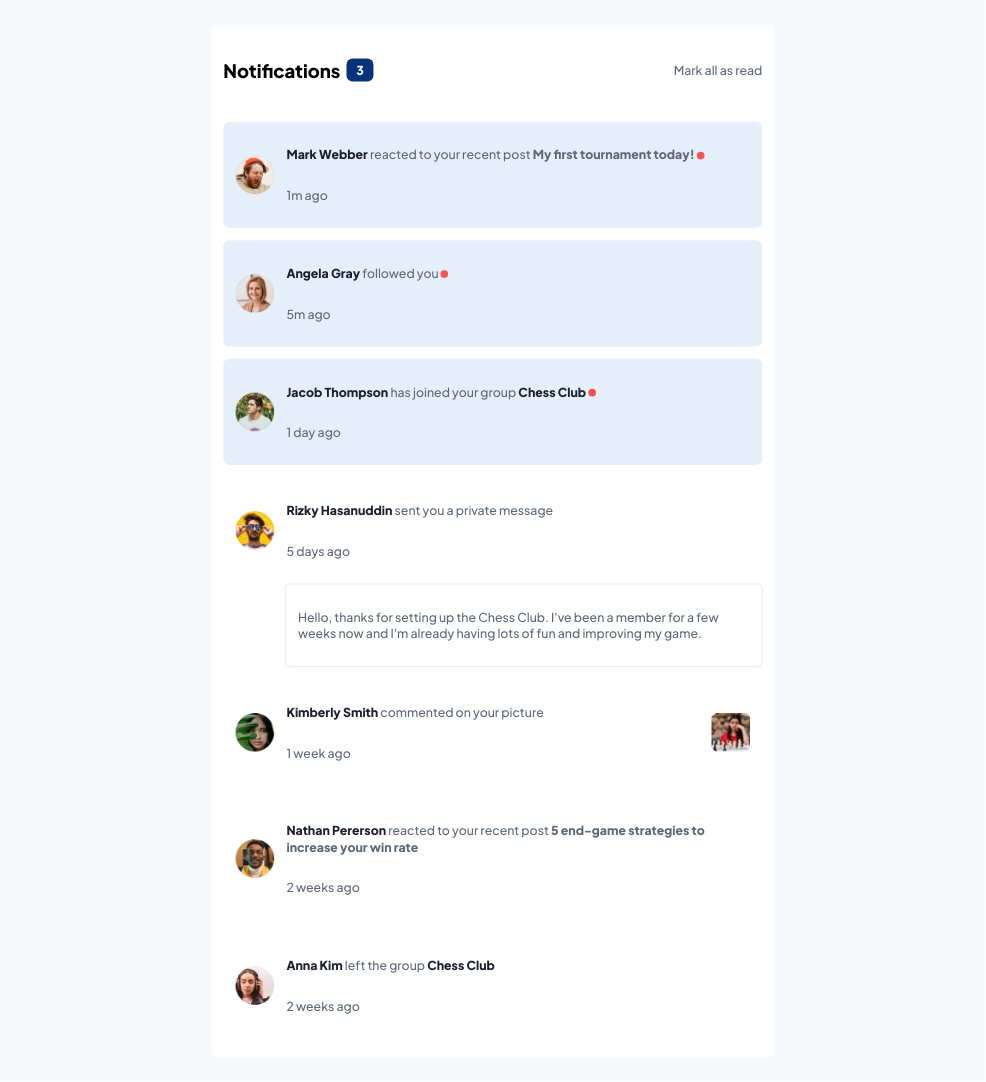
Repository: yerk00/Practicando-python
Page: Notifications-page-main/index.html
These files come from the project's save history. The page is drawn as it stood at one moment and after the next save; the edit follows.
The browser window is 1280 px wide. The pictures show the whole page, at 77% of full size.

Above is the page before, as saved 2023-04-13 20:41:52.

After the next save:
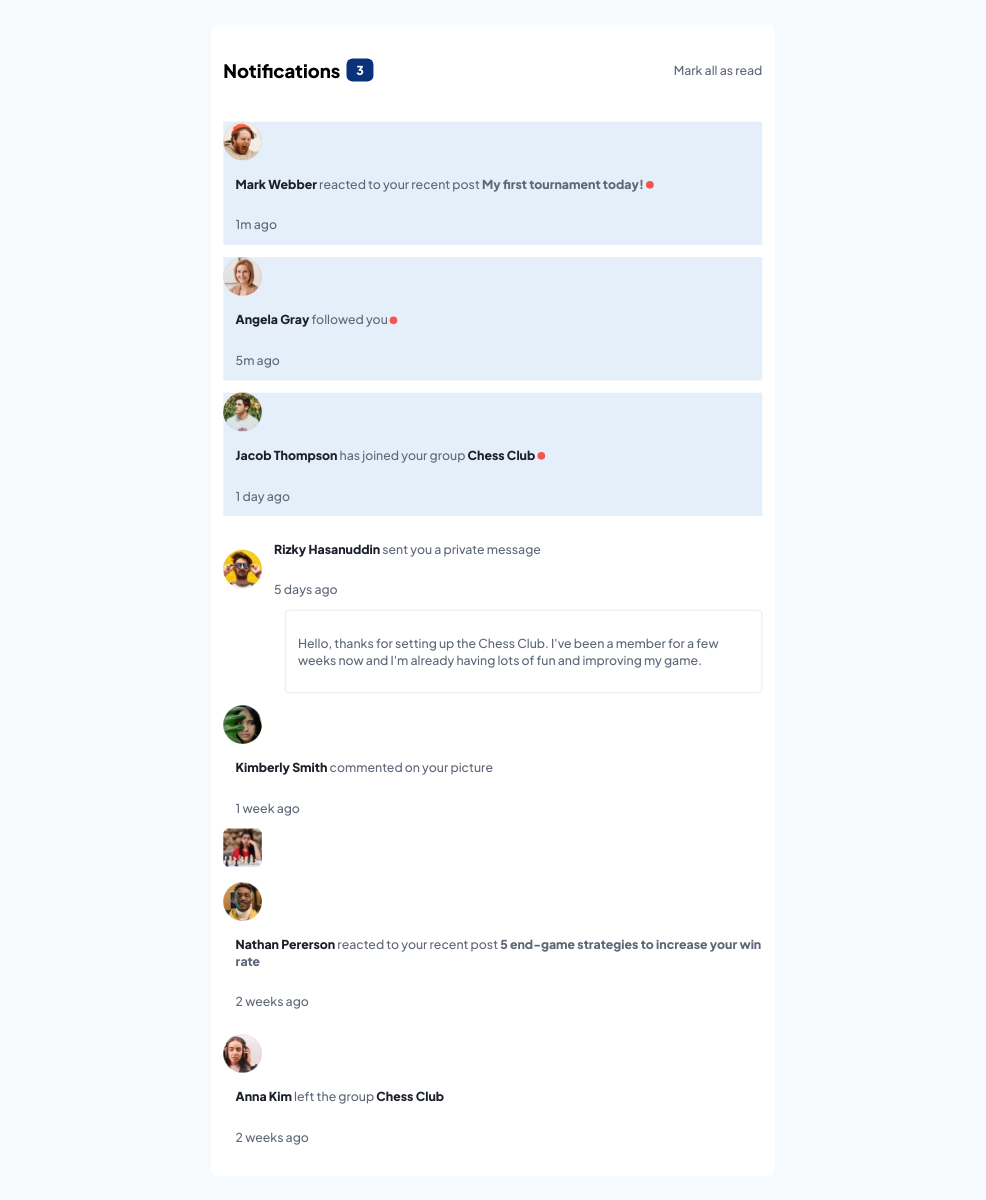
Saved 31 s later.
--- a/Notifications-page-main/style.css
+++ b/Notifications-page-main/style.css
@@ -69,7 +69,7 @@ main {
   flex-direction: column;
   gap: 1rem;
 }
-.notif_card {
+.notifCard {
   display: flex;
   align-items: center;
   border-radius: 0.5rem;

After the save that followed:
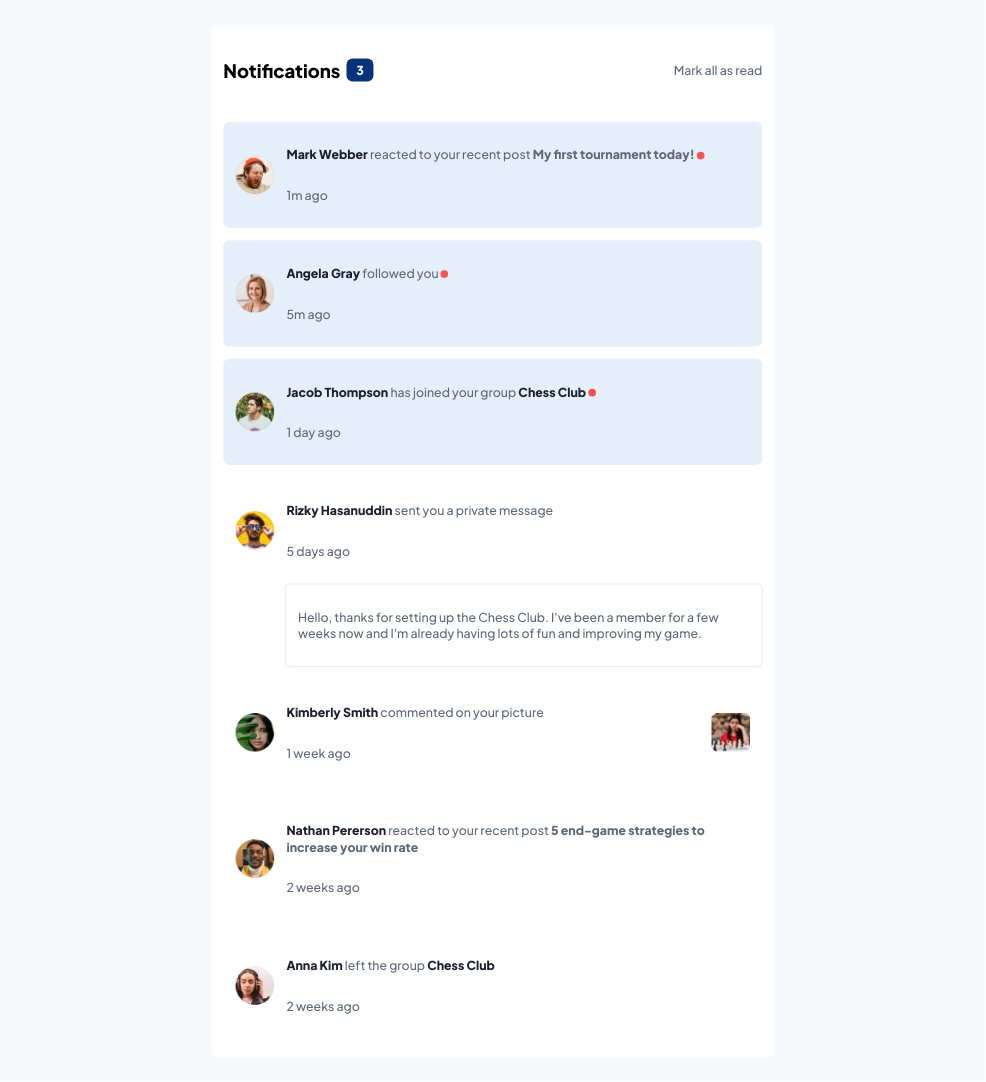
Saved 3 s later.
--- a/Notifications-page-main/index.html
+++ b/Notifications-page-main/index.html
@@ -2,8 +2,8 @@
 <html lang="en">
   <head>
     <meta charset="UTF-8" />
-    <meta name="viewport" content="width=device-width, initial-scale=1.0" />
-    <!-- displays site properly based on user's device -->
+    <meta name="viewport"
+    content="width=device-width, initial-scale=1.0" />
     <link
       rel="icon"
       type="image/png"
@@ -13,7 +13,8 @@
     <link rel="stylesheet" href="style.css" />
     <link rel="preconnect" href="https://fonts.googleapis.com">
     <link rel="preconnect" href="https://fonts.gstatic.com" crossorigin>
-    <link href="https://fonts.googleapis.com/css2?family=Plus+Jakarta+Sans:wght@500;800&display=swap" rel="stylesheet">
+    <link href="https://fonts.googleapis.com/css2?family=Plus+Jakarta+Sans:wght@500;800&display=swap"
+    rel="stylesheet">
     <title>Frontend Mentor || Notifications-page</title>
   </head>
   <body>
@@ -21,12 +22,15 @@
       <header>
         <div class="notb">
           <h2 class="title">Notifications</h2>
+
+           <!-- with id  -->
+
           <span id="notificaciones"></span>
         </div>
         <p id="mark">Mark all as read</p>
       </header>
       <main>
-        <div class="notif_card unread">
+        <div class="notifCard unread">
           <img src="./assets/images/avatar-mark-webber.webp" alt="avatar" />
           <div class="description">
             <p class="user_activity">
@@ -36,7 +40,7 @@
             <p class="time">1m ago</p>
           </div>
         </div>
-        <div class="notif_card unread">
+        <div class="notifCard unread">
           <img src="./assets/images/avatar-angela-gray.webp" alt="avatar" />
           <div class="description">
             <p class="user_activity">
@@ -45,7 +49,7 @@
             <p class="time">5m ago</p>
           </div>
         </div>
-        <div class="notif_card unread">
+        <div class="notifCard unread">
           <img src="./assets/images/avatar-jacob-thompson.webp" alt="avatar" />
           <div class="description">
             <p class="user_activity">
@@ -56,7 +60,7 @@
           </div>
         </div>
         <div>
-          <div class="notif_card">
+          <div class="notifCard">
           <div class="message_card">
             <img
             src="./assets/images/avatar-rizky-hasanuddin.webp"
@@ -79,7 +83,7 @@
             </div>
         </div>
 
-        <div class="notif_card">
+        <div class="notifCard">
           <img src="./assets/images/avatar-kimberly-smith.webp" alt="avatar" />
           <div class="description">
             <p class="user_activity">
@@ -89,7 +93,7 @@
           </div>
           <img src="./assets/images/image-chess.webp" class="chess_img" alt="chess" />
         </div>
-        <div class="notif_card">
+        <div class="notifCard">
           <img src="./assets/images/avatar-nathan-peterson.webp" alt="avatar" />
           <div class="description">
             <p class="user_activity">
@@ -99,7 +103,7 @@
             <p class="time">2 weeks ago</p>
           </div>
         </div>
-        <div class="notif_card">
+        <div class="notifCard">
           <img src="./assets/images/avatar-anna-kim.webp" alt="avatar" />
           <div class="description">
             <p class="user_activity">
